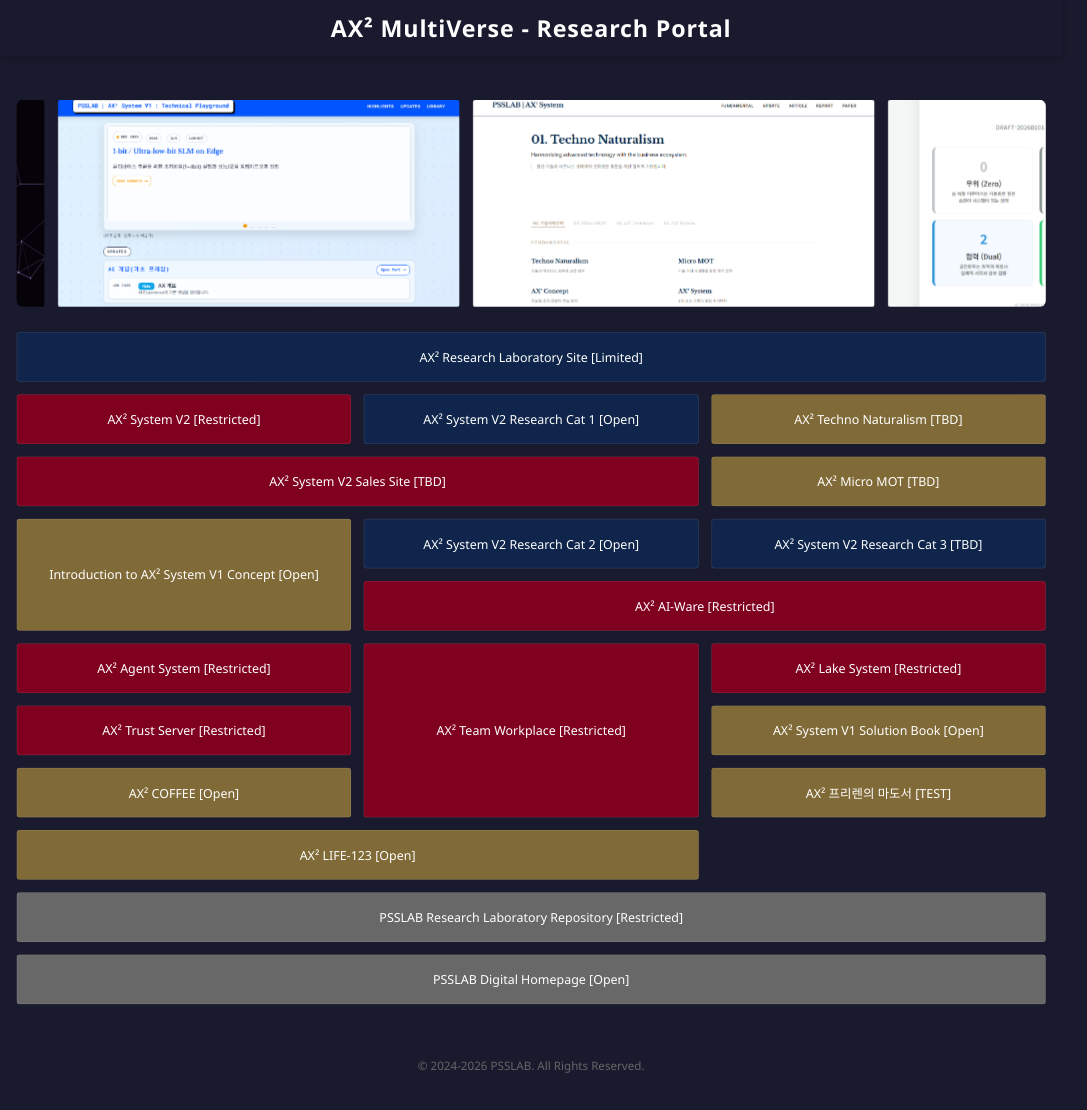
Repository: hycse89/PSSLAB_OpenSite
Page: psslab_multiverse_v3.html
These files come from the project's save history. The page is drawn as it stood at one moment and after the next save; the edit follows.
The browser window is 1280 px wide. The page is 1310 px wide, so the pictures cover 1310 px, including what lies to the right of the window. The pictures show the whole page, at 83% of full size.

Above is the page before, as saved 2026-01-11 21:49:17.

### psslab_multiverse_v3.html
<!DOCTYPE html>
<html lang="en">
<head>
    <meta charset="UTF-8">
    <meta name="viewport" content="width=device-width, initial-scale=1.0">
    <title>PSSLAB MultiVerse Campus - Mondrian Edition</title>

    <link rel="icon" type="image/png" href="favicon.png">

    <style>
        /* General Page Styles */
        body {
            margin: 0;
            background-color: #1a1a2e;
            font-family: 'Segoe UI', Arial, sans-serif;
            display: flex;
            flex-direction: column;
            align-items: center;
            min-height: 100vh;
            color: #ffffff;
        }

        /* Fixed Header */
        .header {
            position: fixed;
            top: 0;
            left: 0;
            width: 100%;
            background-color: #1a1a2e;
            color: #ffffff;
            z-index: 1000;
            padding: 15px 0;
            box-shadow: 0 2px 10px rgba(0,0,0,0.3);
        }

        .header h1 {
            font-size: 28px;
            margin: 0;
            text-align: center;
            letter-spacing: 1px;
        }

        /* Main content container */
        .main-content {
            margin-top: 100px;
            width: 100%;
            max-width: 1400px;
            display: flex;
            flex-direction: column;
            align-items: center;
            padding: 20px;
            box-sizing: border-box;
        }

        /* Image Slider Container */
        .slider-container {
            width: 100%;
            overflow: hidden;
            margin-bottom: 30px;
            border-radius: 8px;
        }

        .slider-wrapper {
            display: flex;
            width: calc(500px * 13);
            animation: scroll 60s linear infinite;
        }

        .slider-image {
            width: 500px;
            height: 250px;
            flex-shrink: 0;
            padding: 0 8px;
            box-sizing: border-box;
        }

        .slider-image img {
            width: 100%;
            height: 100%;
            object-fit: cover;
            border-radius: 4px;
        }

        @keyframes scroll {
            0% { transform: translateX(0); }
            100% { transform: translateX(calc(-500px * 11)); }
        }

        /* --- Mondrian Grid Layout System --- */
        .link-container {
            display: grid;
            /* 최소 너비 350px 확보 */
            grid-template-columns: repeat(auto-fill, minmax(350px, 1fr));
            /* 60px 단위의 눈금 설정 */
            grid-auto-rows: 60px;
            gap: 15px;
            width: 100%;
            /* 빈 공간을 최적으로 메워주는 설정 */
            grid-auto-flow: dense;
        }

        /* Link Button Base Style */
        .link-button {
            display: flex;
            align-items: center;
            justify-content: center;
            padding: 20px;
            font-size: 15px;
            color: white;
            text-decoration: none;
            border-radius: 4px;
            transition: all 0.3s cubic-bezier(0.25, 0.8, 0.25, 1);
            text-align: center;
            box-sizing: border-box;
            line-height: 1.4;
            border: 1px solid rgba(255,255,255,0.1);
        }

        .link-button:hover {
            transform: scale(1.01);
            filter: brightness(1.2);
            box-shadow: 0 5px 15px rgba(0,0,0,0.3);
            z-index: 2;
        }

        /* --- Mondrian Size Classes (Proportional) --- */
        /* 가로 비중 */
        .w-1 { grid-column: span 1; }
        .w-2 { grid-column: span 2; }
        .w-3 { grid-column: span 3; }

        /* 세로 비중 (60px의 배수) */
        .h-1 { grid-row: span 1; } /* 120px + gap */
        .h-2 { grid-row: span 2; } /* 240px + gap */
        .h-3 { grid-row: span 3; } /* 360px + gap */

        /* 특수 크기: 제목 강조형 */
        .size-hero { grid-column: span 2; grid-row: span 4; font-size: 1.2rem; font-weight: bold; }

        /* Button Colors */
        .color-1 { background-color: #0F254B; }
        .color-2 { background-color: #800020; }
        .color-3 { background-color: #806a37; }
        .color-4 { background-color: #2b2b2b; }
        .color-5 { background-color: #686868; }

        footer {
            width: 100%;
            padding: 30px;
            text-align: center;
            background-color: #1a1a2e;
            color: #666;
            font-size: 14px;
        }

        /* Responsive */
        @media (max-width: 768px) {
            .link-container { grid-template-columns: 1fr; }
            .w-2, .h-2, .h-3, .size-hero { grid-column: span 1; grid-row: span 2; }
        }
    </style>
</head>
<body>

    <header class="header">
        <h1>AX² MultiVerse - Research Portal</h1>
    </header>

    <main class="main-content">
        <div class="slider-container">
            <div class="slider-wrapper">
                <div class="slider-image"><img src="./images/Image2.png" alt="2"></div>
                <div class="slider-image"><img src="./images/Image21.png" alt="21"></div>
                <div class="slider-image"><img src="./images/Image22.png" alt="22"></div>
                <div class="slider-image"><img src="./images/Image31.png" alt="31"></div>
                <div class="slider-image"><img src="./images/Image32.png" alt="32"></div>
                <div class="slider-image"><img src="./images/Image11.png" alt="11"></div>
                <div class="slider-image"><img src="./images/Image3.png" alt="3"></div>
                <div class="slider-image"><img src="./images/Image4.png" alt="4"></div>
                <div class="slider-image"><img src="./images/Image5.png" alt="5"></div>
                <div class="slider-image"><img src="./images/Image1.png" alt="1"></div>
                <div class="slider-image"><img src="./images/Image2.png" alt="2"></div>
            </div>
        </div>

        <div class="link-container">
            <a href="https://hycse89.github.io/PSSLAB_OpenSite/ax2_research_lab/" class="link-button color-1 w-3 h-1">AX² Research Laboratory Site [Limited]</a>

            <a href="http://localhost:8008" class="link-button color-2 h-1">AX² System V2 [Restricted]</a>
            <a href="ax2_v1_20260101/index.html" class="link-button color-1 h-1">AX² System V2 Research Cat 1 [Open]</a>
            <a href="http://localhost:8001/utils/markdown_viewer.html?file=/ax_research/doc/doc_ax_techno_naturalism_v5.md" class="link-button color-3 h-1">AX² Techno Naturalism [TBD]</a>

            <a href="ax2_sales/index.html" class="link-button color-2 w-2 h-1">AX² System V2 Sales Site [TBD]</a>


            <a href="http://localhost:8001/utils/markdown_viewer.html?file=/ax_research/doc/doc_ax_micro_mot_v2.md" class="link-button color-3 h-1">AX² Micro MOT [TBD]</a>

            <a href="ax2_v1_concept/ax2_homepage.html" class="link-button color-3 h-2">Introduction to AX² System V1 Concept [Open]</a>

            <a href="ax2_v2_20260101/index.html" class="link-button color-1 h-1">AX² System V2 Research Cat 2 [Open]</a>
            <a href="ax2_v3_20260101/index.html" class="link-button color-1 h-1">AX² System V2 Research Cat 3 [TBD]</a>

            <a href="http://localhost:8002" class="link-button color-2 w-2 h-1">AX² AI-Ware [Restricted]</a>
            <a href="http://localhost:8003" class="link-button color-2 h-1">AX² Agent System [Restricted]</a>
            <a href="http://localhost:8007" class="link-button color-2 h-3">AX² Team Workplace [Restricted]</a>
            <a href="http://localhost:8004" class="link-button color-2 h-1">AX² Lake System [Restricted]</a>
            <a href="http://localhost:8005" class="link-button color-2 h-1">AX² Trust Server [Restricted]</a>

            <a href="ax2_v1_concept/solution_book/index.html" class="link-button color-3 h-1">AX² System V1 Solution Book [Open]</a>

            <a href="http://localhost:8001/ax_site/ax2_life_123/index.html" class="link-button color-3 w-2 h-1">AX² LIFE-123 [Open]</a>
            <a href="http://localhost:8001/ax_site/ax2_coffee/index.html" class="link-button color-3 h-1">AX² COFFEE [Open]</a>
            <a href="http://localhost:8001/ax_site/ax2_frieren/index.html" class="link-button color-3 h-1">AX² 프리렌의 마도서 [TEST]</a>

            <a href="https://github.com/hycse89" class="link-button color-5 w-3 h-1">PSSLAB Research Laboratory Repository [Restricted]</a>
            <a href="http://www.psslab.co.kr" class="link-button color-5 w-3 h-1">PSSLAB Digital Homepage [Open]</a>
        </div>
    </main>

    <footer>
        <p>&copy; 2024-2026 PSSLAB. All Rights Reserved.</p>
    </footer>

</body>
</html>

After the next save:
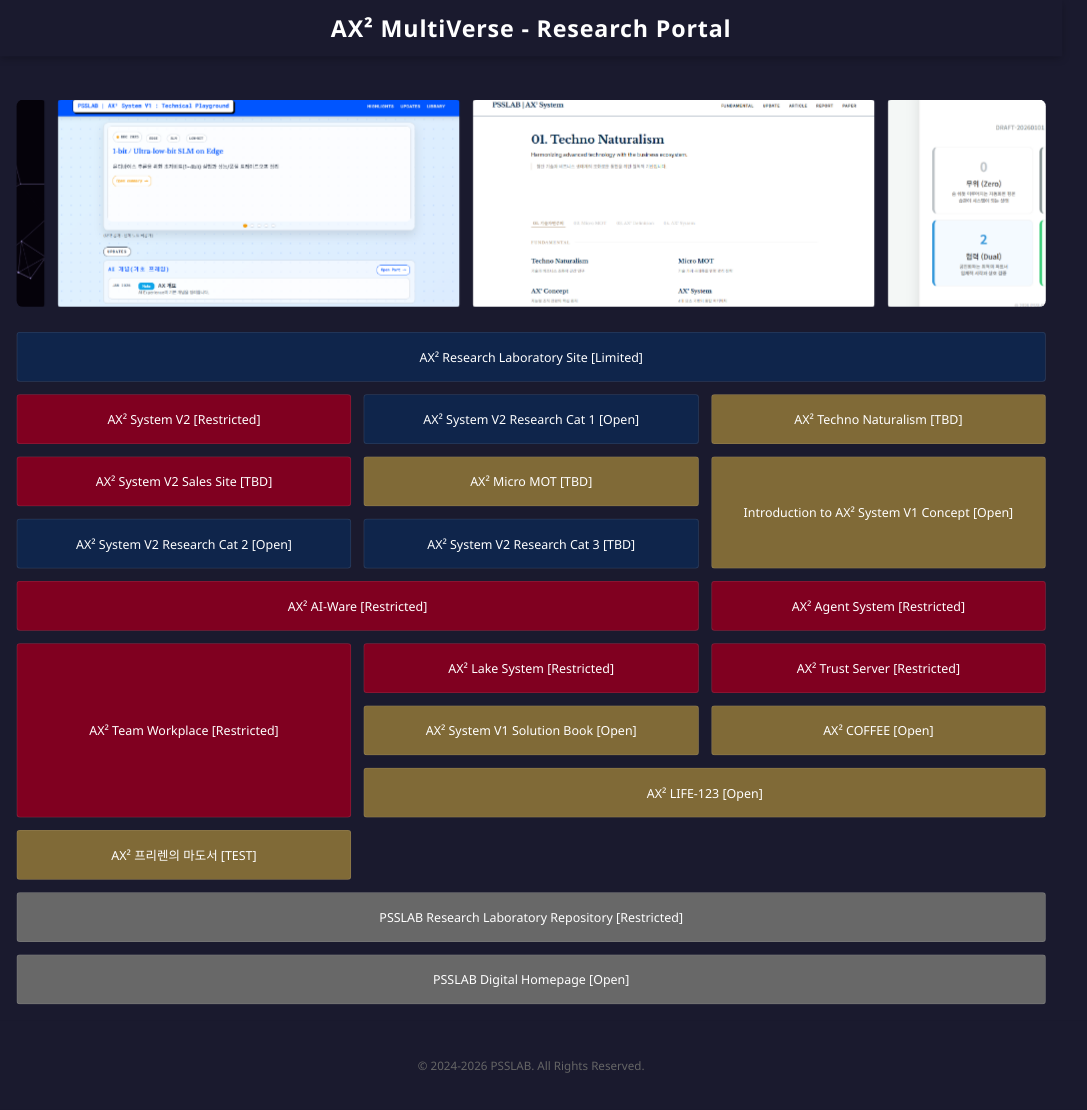
Saved 22 s later.
--- a/psslab_multiverse_v3.html
+++ b/psslab_multiverse_v3.html
@@ -190,7 +190,7 @@
             <a href="ax2_v1_20260101/index.html" class="link-button color-1 h-1">AX² System V2 Research Cat 1 [Open]</a>
             <a href="http://localhost:8001/utils/markdown_viewer.html?file=/ax_research/doc/doc_ax_techno_naturalism_v5.md" class="link-button color-3 h-1">AX² Techno Naturalism [TBD]</a>
 
-            <a href="ax2_sales/index.html" class="link-button color-2 w-2 h-1">AX² System V2 Sales Site [TBD]</a>
+            <a href="ax2_sales/index.html" class="link-button color-2 w-1 h-1">AX² System V2 Sales Site [TBD]</a>
 
 
             <a href="http://localhost:8001/utils/markdown_viewer.html?file=/ax_research/doc/doc_ax_micro_mot_v2.md" class="link-button color-3 h-1">AX² Micro MOT [TBD]</a>
